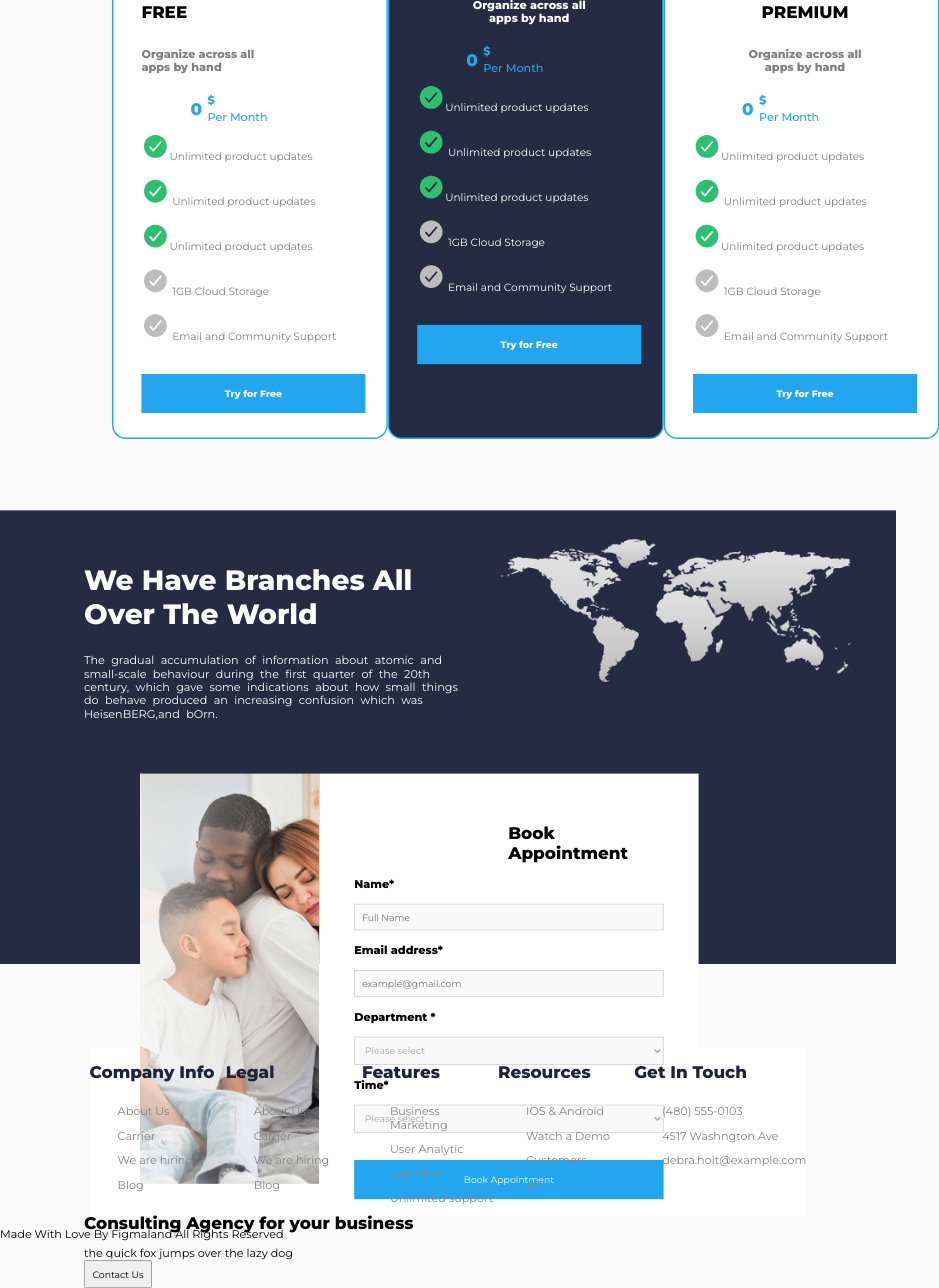
Repository: NANCY-HUB329/week-challenge
Page: index.html
These files come from the project's save history. The page is drawn as it stood at one moment and after the next save; the edit follows.
The browser window is 1280 px wide. The page is 1342 px wide, so the pictures cover 1342 px, including what lies to the right of the window. The pictures show the part of the page from y = 2513 to 4353 px (the page is 4353 px tall), at 70% of full size.

Above is the page before, as saved 2023-11-24 15:51:22.

After the next save:
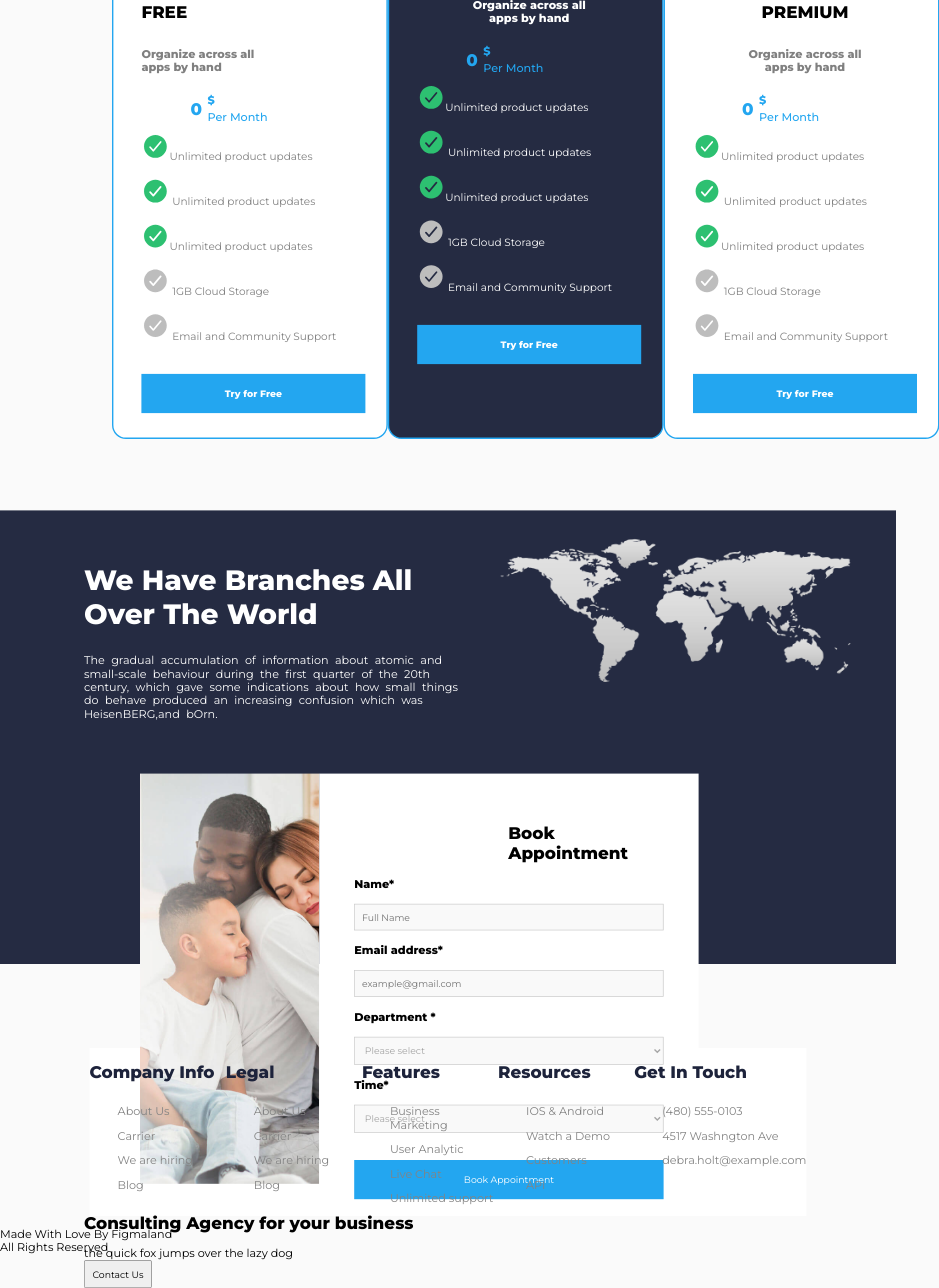
Saved 25 s later.
--- a/index.html
+++ b/index.html
@@ -568,7 +568,7 @@
               </div>
           </div>
           </div>
-          <div class="footer-"><p>
+          <div class="footer-main"><p>
             Made With Love By Figmaland All Rights Reserved
           </p>
 

After the 2 saves that followed:
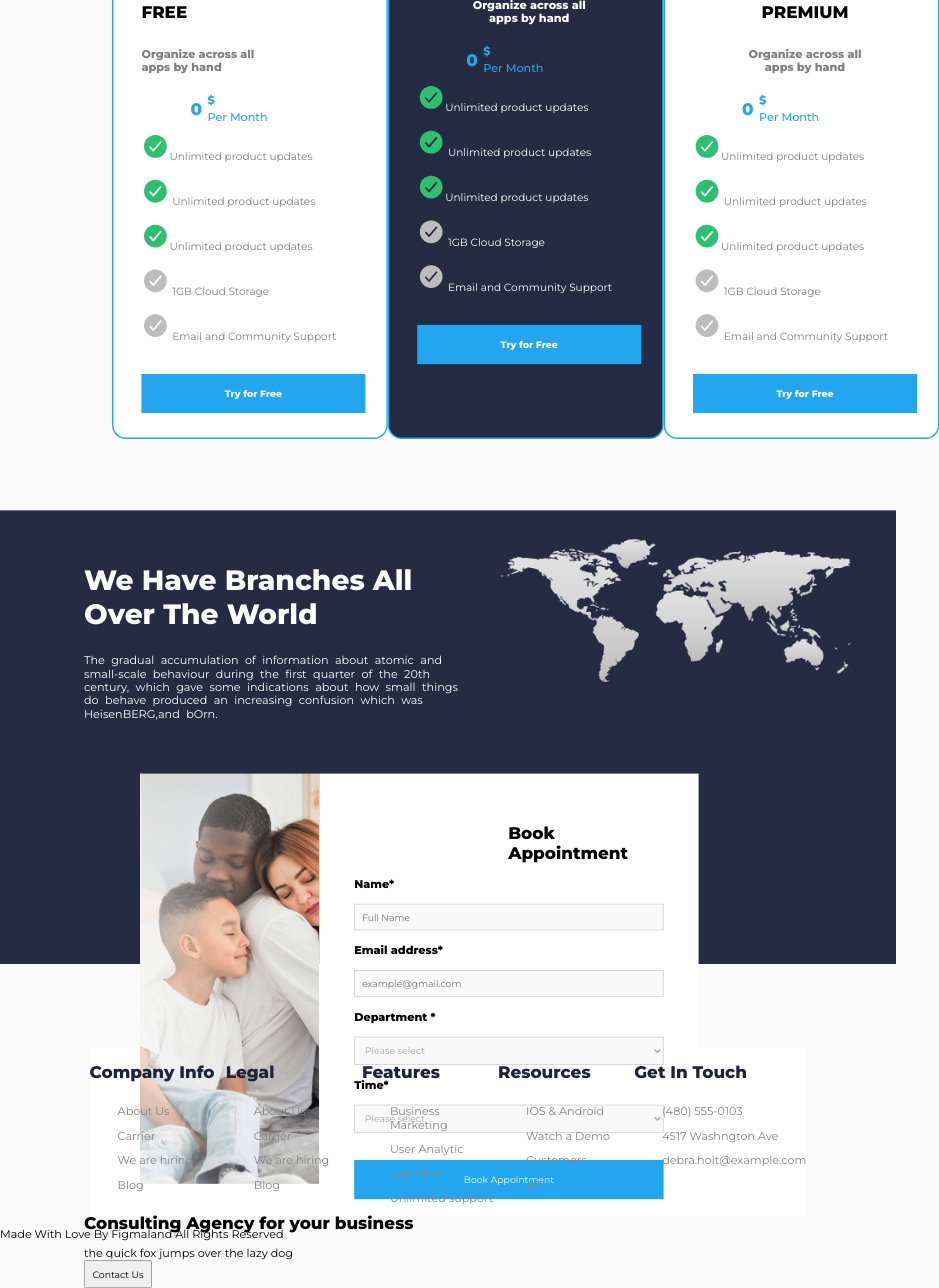
The 2 saves are shown as one change because they came seconds apart.
The last was saved 7 s later.
--- a/index.html
+++ b/index.html
@@ -568,7 +568,7 @@
               </div>
           </div>
           </div>
-          <div class="footer-main"><p>
+          <div class="footer-main-bottom"><p>
             Made With Love By Figmaland All Rights Reserved
           </p>
 
